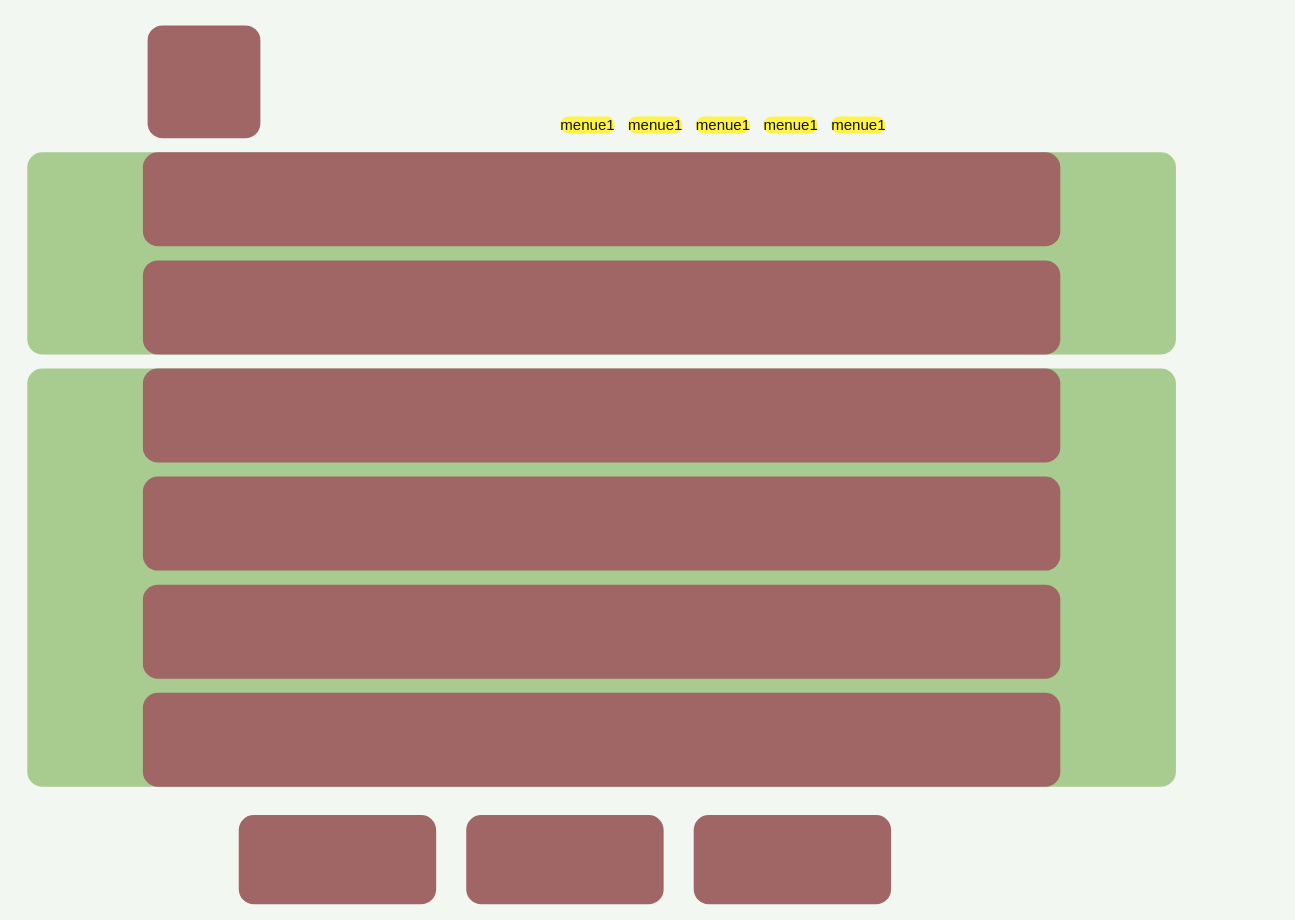
Repository: clairedupuich/cv-claireDUPUICH
Page: cv.html
The author's editor kept a copy of each file at every save. The page is drawn from the files as they stood at one save, then again after the next save.
The browser window is 1280 px wide. The page is 1378 px wide, then 1280 px, so the pictures cover 1378 px, including what lies to the right of the window. The pictures show the whole page, at 94% of full size.

Above is the page before, as saved 2020-10-08 17:37:41.

### cv.html
<!DOCTYPE html>
<html lang="fr" dir="ltr">
  <head>
    <meta charset="utf-8">
    <title>Exercice</title>
    <link rel="stylesheet" href="cv.css">
  </head>
  <body>
    <section class="header">
        <div class="img">
        </div>

            <ul class="nav">
                <li>menue1</li>
                <li>menue1</li>
                <li>menue1</li>
                <li>menue1</li>
                <li>menue1</li>
            </ul>

    </section>
      <section class="section1">
          <div class="article1_1">
          </div>
          <div class="article1_2">
          </div>
      </section>
      <section class="section2">
        <div class="article2_1">
        </div>
        <div class="article2_2">
        </div>
        <div class="article2_3">
        </div>
        <div class="article2_4">
        </div>
      </section>
      <footer>
          <div class='footer1'>
          </div>
        <div class="footer2">
        </div>

        <div class="footer3">
        </div>
    </footer>
  </body>
</html>

### cv.css
* {
    font-family: Avenir, sans-serif;
    /* border: 1px solid rgb(230, 230, 230);   */
    border-radius: 16px;
    margin: 2px;

}
@media screen and (max-width: 768px)
{
    * {
        font-family: Avenir, sans-serif;
        border: 1px solid rgb(71, 69, 69);
        border-radius: 16px;
         margin: 2px;

    }

    body {
        background-color: azure;


    }
    section {
        margin-top: 10px;
        width: 95%;
        background-color: aquamarine;
        border: 1px solid red;



    }
    div {
        margin: 5px auto;
        width:80% ;
        height: 100px;
        background-color: chocolate;
    }
    ul {
        text-align: center;
    }

    footer,
    .header{
        background-color: gray;
    }

    .footer2,
    .footer1 {
        height: 45px;
        width: 45px;
        float: left;

    }
    .footer1{
        margin-left: 30%;
        margin-right: 10%;
    }

    .footer3 {
        clear: both;
        height: 50px;
    }
    .img {
        width:120px;
        height: 120px;
        text-align: left;
    }

}
@media screen and (min-width: 768px) and (max-width: 992px){


    body {
        background-color: azure;


    }
    section {
        margin-top: 10px;
        width: 95%;
        background-color: rgb(156, 156, 129);


    }
    div {
        margin: 15px auto;
        width:80% ;
        height: 100px;
        background-color: rgb(83, 83, 83);
    }
    ul {
        text-align: center;
        list-style: none;
        color: tomato;
    }

    footer,
    .header{
        background-color:rgb(162, 211, 233);
    }

    .footer2,
    .footer1 {
        height: 45px;
        width: 20%;
        float: left;

    }
    .footer1{
        margin-left: 25%;
        margin-right: 10%;
    }

    .footer3 {
        clear: both;
        height: 50px;
    }
    .img {
        width:120px;
        height: 120px;
        text-align: left;
    }

}
@media screen and (min-width: 992px) and (max-width: 1200px){

    body {
        background-color: rgb(153, 192, 192);


    }
    section {
        margin: 10px auto;
        width: 96%;
        background-color: rgb(248, 248, 194);


    }
    div {
        margin: 15px auto;
        width:80% ;
        height: 100px;
        background-color: rgb(207, 199, 199);
    }
    ul {
        text-align: center;
        list-style: none;
        color: rgb(212, 45, 15);
    }

    footer,
    .header{
        background-color:rgb(247, 247, 247);
    }

    .footer2,
    .footer1 {
        height: 45px;
        width: 20%;
        float: left;

    }
    .footer1{
        margin-left: 25%;
        margin-right: 10%;
    }

    .footer3 {
        clear: both;
        height: 50px;
    }
    .img {
        width:120px;
        height: 120px;
        text-align: left;
    }
}
@media screen and (min-width: 1200px){
    body {
        background-color: rgb(243, 247, 241);


    }
    section {
        margin: 10px auto;
        width: 96%;
        background-color: rgb(168, 204, 143);


    }
    div {
        margin: 15px auto;
        width:80% ;
        height: 100px;
        background-color: rgb(160, 101, 101);
    }
    ul {
        text-align: center;
        list-style: none;
        color: rgb(17, 16, 16);
        width: 50%;
        margin-top: 9%;
        padding-left: 25%;
    }


    li{
        background-color: rgb(255, 243, 71);
        margin-left: 2%;
    }
    .header{
        padding-left: 12%;
    }
    .img,
    ul,
    li {
        float: left;
    }

    .section1 {
        clear: both;
    }
    footer,
    .header{
        background-color:rgb(245, 237, 237);
    }

    .footer1,
    .footer2,
    .footer3 {
        height: 95px;
        width: 20%;
        float: left;
        margin-left: 3%;
    }
    footer{
        padding-left: 17%;
    }


    .img {
        width:120px;
        height: 120px;
        text-align: left;
    }
}

After the next save:
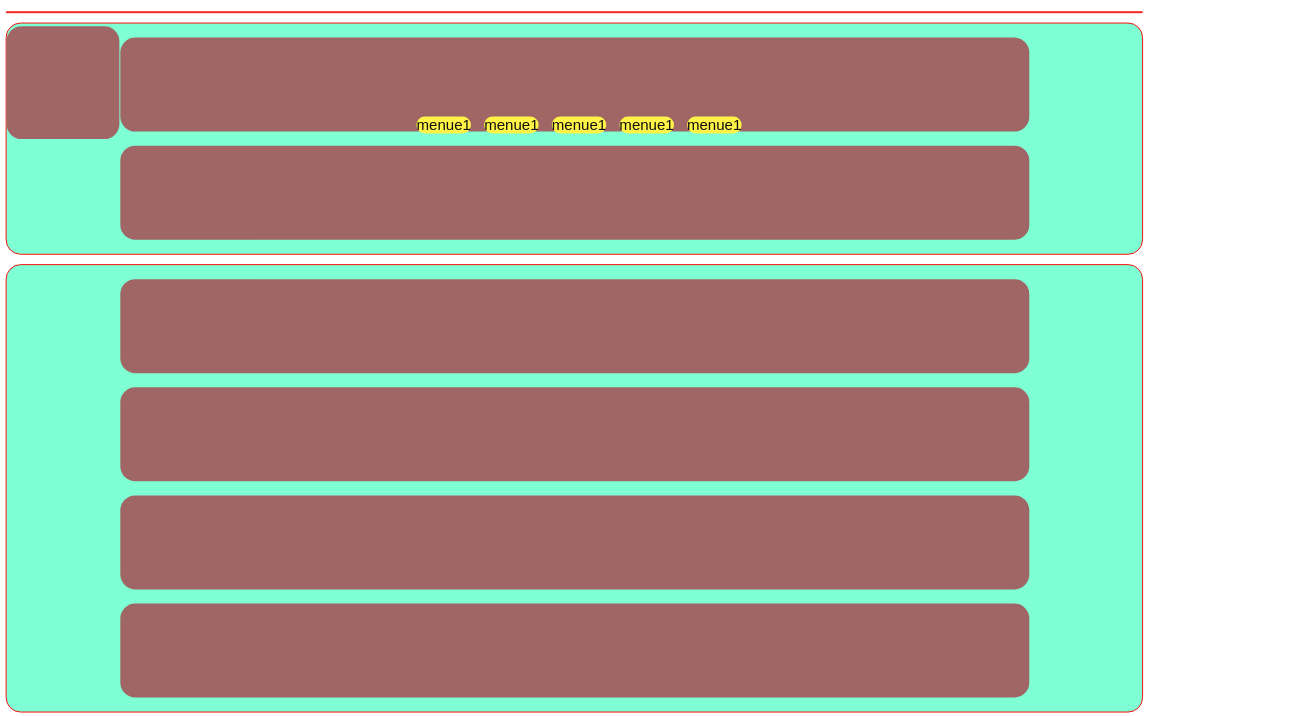
Saved 26 s later.
--- a/cv.css
+++ b/cv.css
@@ -5,6 +5,12 @@
     margin: 2px;
 
 }
+
+section {
+    margin-top: 10px;
+    width: 95%;
+    background-color: aquamarine;
+    border: 1px solid red;
 @media screen and (max-width: 768px)
 {
     * {
